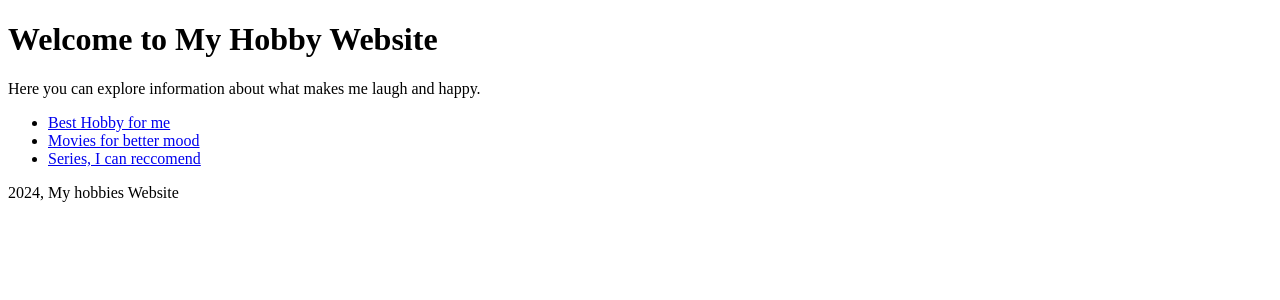
Repository: DaryaSarycheva/Hobbies
Page: myHobbies.html
These files come from the project's save history. The page is drawn as it stood at one moment and after the next save; the edit follows.
The browser window is 1280 px wide. The pictures show the whole page.

Above is the page before, as saved 2024-05-10 16:44:04.

### myHobbies.html
<!DOCTYPE html>
<html lang="en">
<head>
    <meta charset="UTF-8">
    <meta name="viewport" content="width=device-width, initial-scale=1.0">
    <title>Hobby Website</title>
</head>
<body>
    <header>
        <h1>Welcome to My Hobby Website</h1>
    </header>
    <main>
        <p>Here you can explore information about what makes me laugh and happy.</p>
    </main>
    <ul>
        <li><a href="./pages/hobby.html">Best Hobby for me</a></li>
        <li><a href="./pages/movies.html">Movies for better mood</a></li>
        <li><a href="./pages/series.html">Series, I can reccomend</a></li>
    </ul>
    <footer>
        <p> 2024, My hobbies Website</p>
    </footer>
</body>
</html>

After the next save:
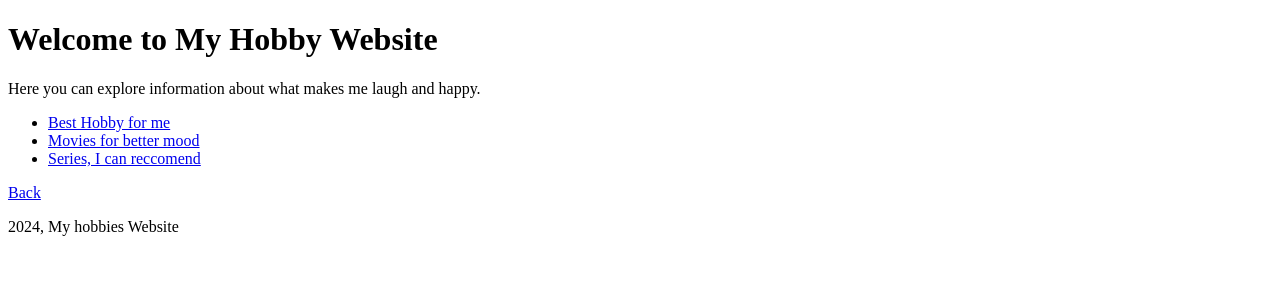
Saved 112 s later.
--- a/myHobbies.html
+++ b/myHobbies.html
@@ -11,12 +11,13 @@
     </header>
     <main>
         <p>Here you can explore information about what makes me laugh and happy.</p>
+        <ul>
+            <li><a href="./pages/hobby.html">Best Hobby for me</a></li>
+            <li><a href="./pages/movies.html">Movies for better mood</a></li>
+            <li><a href="./pages/series.html">Series, I can reccomend</a></li>
+        </ul>
+        <a href="index.html">Back</a>
     </main>
-    <ul>
-        <li><a href="./pages/hobby.html">Best Hobby for me</a></li>
-        <li><a href="./pages/movies.html">Movies for better mood</a></li>
-        <li><a href="./pages/series.html">Series, I can reccomend</a></li>
-    </ul>
     <footer>
         <p> 2024, My hobbies Website</p>
     </footer>
